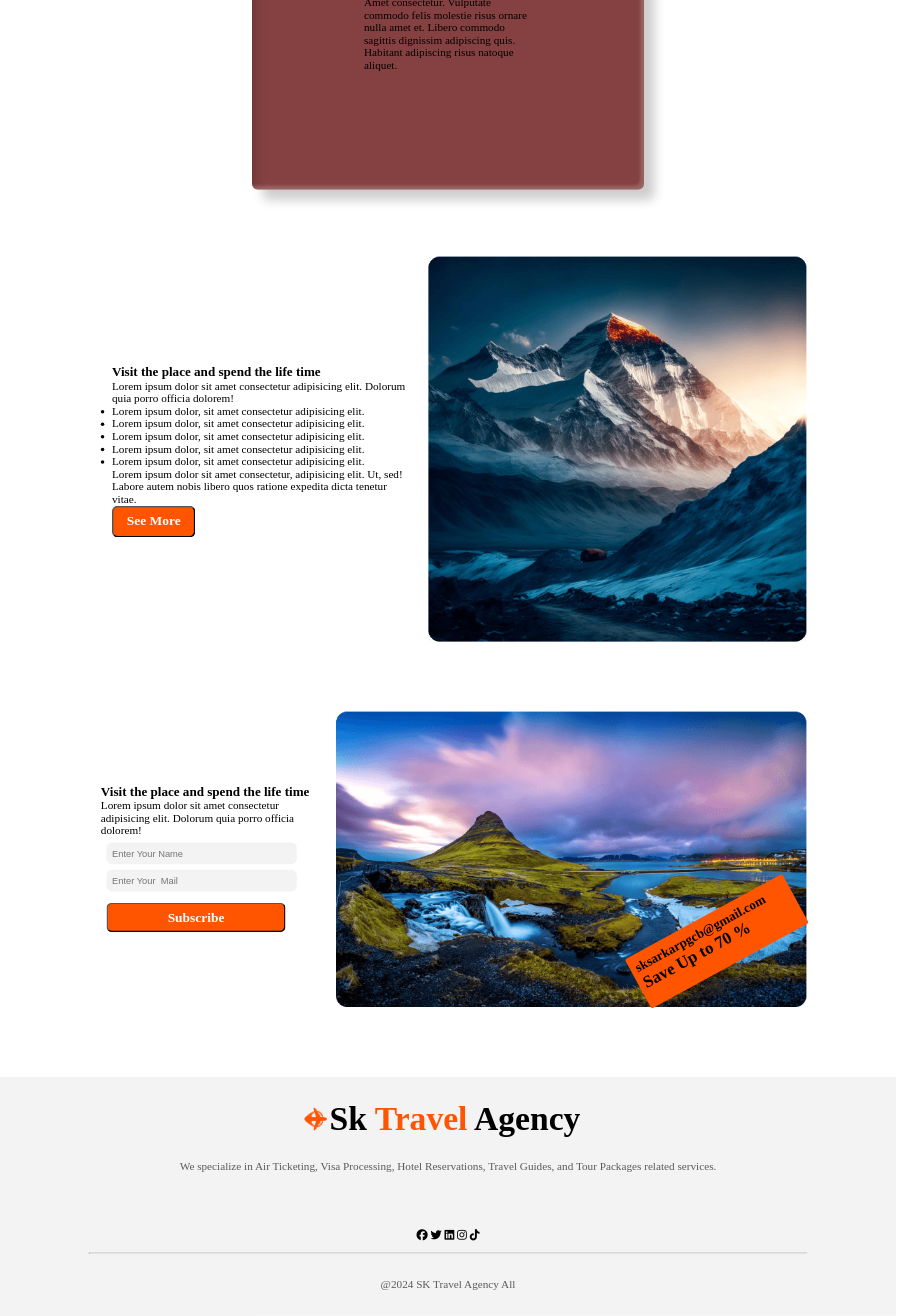
Repository: sumonkumarsarkar/Sk-Travel-Agency-
Page: index.html
An editor plug-in stored every save of this project. The page is shown before and after the next save, followed by the edit.
The browser window is 1280 px wide. The page is 1312 px wide, so the pictures cover 1312 px, including what lies to the right of the window. The pictures show the part of the page from y = 3281 to 5161 px (the page is 5161 px tall), at 70% of full size.

Above is the page before, as saved 2024-01-17 16:12:34.

### index.html
<!DOCTYPE html>
<html lang="en">
<head>
    <meta charset="UTF-8">
    <meta name="viewport" content="width=device-width, initial-scale=1.0">
    <title>Sk-Travel-Agency</title>
    <link rel="stylesheet" href="./style.css">

    <link rel="stylesheet" href="https://cdnjs.cloudflare.com/ajax/libs/font-awesome/6.5.1/css/all.min.css" integrity="sha512-DTOQO9RWCH3ppGqcWaEA1BIZOC6xxalwEsw9c2QQeAIftl+Vegovlnee1c9QX4TctnWMn13TZye+giMm8e2LwA==" crossorigin="anonymous" referrerpolicy="no-referrer" />
</head>
<body>
    <header>
         <div class="container">
            <nav>
                <div class="icon-header">
                    <p> <span><img src="./Images/Group 40071 (2).png" alt=""></span>Sk-Travel-Agency</p>
                </div>
                <div class="menu-header">
                    <ul>
                        <li><a href="#">Home</a></li>
                        <li><a href="#">About</a></li>
                        <li><a href="#">Package</a></li>
                        <li><a href="#">Blog</a></li>
                        <li><a href="#">Contact</a></li>
                    </ul>
                </div>
            </nav>
         </div>


<div class="container">
    <div class="banner-section">
        <h2>Our Service</h2>
        <p>Lorem ipsum dolor sit amet consectetur adipisicing elit. Placeat in, ex esse distinctio veritatis error?</p>
        <div class="banner-button">
         <h3>where </h3>
         <h3>when<span><i class="fa-solid fa-chevron-down"></i></span></h3>
         <h3>when<span><i class="fa-solid fa-chevron-down"></i></span></h3>

        <button type="button"> <span><i class="fa-solid fa-magnifying-glass"></i></span>Find Now</button>
        </div>
       </div>

</div>


<div class="container">
    <div class="container-item">
        <div class="text-item">
         <h3>Our Popular Place</h3>
         <p>Lorem ipsum dolor sit amet consectetur adipisicing elit. Dolorum quia porro officia dolorem!</p>
         <ul>
            <li><p>Lorem ipsum dolor, sit amet consectetur adipisicing elit.</p></li>
            <li><p>Lorem ipsum dolor, sit amet consectetur adipisicing elit.</p></li>
            <li><p>Lorem ipsum dolor, sit amet consectetur adipisicing elit.</p></li>
            <li><p>Lorem ipsum dolor, sit amet consectetur adipisicing elit.</p></li>
            <li><p>Lorem ipsum dolor, sit amet consectetur adipisicing elit.</p></li>
         </ul>
         <p>Lorem ipsum dolor sit amet consectetur, adipisicing elit. Ut, sed! Labore autem nobis libero quos ratione expedita dicta tenetur vitae.</p>
         <button type="button">See More</button>
        </div>
        <div class="container-img-item">
            <img src="./Images/Rectangle 4.png" alt="">
        </div>
    </div>
</div>

    </header>


    <main>


        <!-- Choose Your place start   -->


<div class="container">
     <div class="container-text">
        <h2>Choose Your Place</h2>
        <p>Lorem ipsum dolor sit, amet consectetur adipisicing elit. Molestias est ipsum fugiat nemo, quis impedit molestiae quibusdam similique consequatur ex.</p>
     </div>
     <div class="container-image">

        <div class="img-row">
            <div class="image">
                <img src="./Images/Rectangle 5.png" alt="">
                <h3>Maldives</h3>
             </div>
             <div class="image">
                <img src="./Images/Rectangle 5.png" alt="">
                <h3>Indonesia</h3>
             </div>
        </div>

        <div class="img-row">
            <div class="image">
                <img src="./Images/Rectangle 6.png" alt="">
                <h3>Srilanka</h3>
             </div>
             <div class="image">
                <img src="./Images/Rectangle 7.png" alt="">
                <h3>North America</h3>
             </div>
             <div class="image">
                <img src="./Images/Rectangle 9.png" alt="">
                <h3>Kashmi</h3>
             </div>
        </div>

        <div class="img-row">
            <div class="image">
                <img src="./Images/Rectangle 11.png" alt="">
                <h3>Bangladesh</h3>
             </div>
             <div class="image">
                <img src="./Images/Rectangle 10.png" alt="">
                <h3>Bandarban</h3>
             </div>
        </div>
     </div>
</div>

        <!-- Choose Your place end
           -->


   <!-- card start   -->



   <div class="container">
    <div class="container-text">
       <h2>Why Choose Us</h2>
       <p>Dolor sit amet consectetur. Diam volutpat neque habitasse pharetra odio sit massa. Sodales dictumst nec nibh pellentesque.</p>
    </div>

        <div class="container-card">
            <div class="card">
                <span><i class="fa-solid fa-hotel"></i></span>
                <h3>Handpicked Hotels</h3>
                <p>Amet consectetur. Vulputate commodo felis molestie risus  ornare nulla amet et. Libero commodo sagittis dignissim adipiscing quis. Habitant adipiscing risus natoque aliquet. </p>
            </div>
            <div class="card">
                <span><i class="fa-solid fa-location-dot"></i></span>
                <h3>World Class Service</h3>
                <p>Amet consectetur. Vulputate commodo felis molestie risus  ornare nulla amet et. Libero commodo sagittis dignissim adipiscing quis. Habitant adipiscing risus natoque aliquet.  </p>
            </div>
        </div>


        <div class="container">
             <div class="container-card-item">

                    <h3><i class="fa-solid fa-tag"></i></h3>
                    <h3>World Class Service</h3>
                    <p>Amet consectetur. Vulputate commodo felis molestie risus  ornare nulla amet et. Libero commodo sagittis dignissim adipiscing quis. Habitant adipiscing risus natoque aliquet. </p>

             </div>
        </div>




</div>





   <!-- card start   -->





        <!-- place part start  -->

<div class="container">
    <div class="container-item">
        <div class="text-item">
         <h3>Visit the place and spend the life time</h3>
         <p>Lorem ipsum dolor sit amet consectetur adipisicing elit. Dolorum quia porro officia dolorem!</p>
         <ul>
            <li><p>Lorem ipsum dolor, sit amet consectetur adipisicing elit.</p></li>
            <li><p>Lorem ipsum dolor, sit amet consectetur adipisicing elit.</p></li>
            <li><p>Lorem ipsum dolor, sit amet consectetur adipisicing elit.</p></li>
            <li><p>Lorem ipsum dolor, sit amet consectetur adipisicing elit.</p></li>
            <li><p>Lorem ipsum dolor, sit amet consectetur adipisicing elit.</p></li>
         </ul>
         <p>Lorem ipsum dolor sit amet consectetur, adipisicing elit. Ut, sed! Labore autem nobis libero quos ratione expedita dicta tenetur vitae.</p>
         <button type="button">See More</button>
        </div>
        <div class="container-img-item">
            <img src="./Images/Rectangle 4.png" alt="">
        </div>
    </div>
</div>


 <!-- place part end  -->


 <div class="container">
    <div class="container-item">
        <div class="text-form">
         <h3>Visit the place and spend the life time</h3>
         <p>Lorem ipsum dolor sit amet consectetur adipisicing elit. Dolorum quia porro officia dolorem!</p>

         <form>
            <input type="text" placeholder="Enter Your Name">
            <input type="text" placeholder="Enter Your  Mail">
         </form>
         <button type="button">Subscribe</button>
        </div>
        <div class="container-img-item">
            <div class="img">
                <img src="./Images/Rectangle 8 (1).png" alt="">
            </div>
            <div class="img-text">
                <h3>sksarkarpgcb@gmail.com</h3>
                <h2>Save Up to 70 %</h2>
            </div>

        </div>
    </div>
</div>



<!-- form part start  -->




<!-- form part end  -->


    </main>









        <footer>
            <div class="footer-container">

                    <div class="nornal-text">
                           <span><img class="icon-footer" src="./Images/Group 40071 (2).png" alt=""></span>
                           <h3>Sk <span class="travel">Travel</span>  Agency</h3>
                            <p>We specialize in Air Ticketing, Visa Processing, Hotel Reservations, Travel Guides, and Tour Packages related services. </p>
                    </div>

                <div class="icon-img">
                    <i class="fa-brands fa-facebook"></i>
                    <i class="fa-brands fa-twitter"></i>
                    <i class="fa-brands fa-linkedin"></i>
                    <i class="fa-brands fa-instagram"></i>
                    <i class="fa-brands fa-tiktok"></i>
                </div>

                <hr>

               <div class="last-text">
                 <p>@2024 SK Travel Agency All</p>

               </div>


         </footer>





</body>
</html>

### style.css
* {
    margin: 0;
    padding: 0;
}



/* main Choose Your place start  */

.container-text {
    text-align: center;
    padding: 4rem;
}

.img-row {
    display: flex;
    width: 100%;
    gap: .1rem;


}

.image img {
    width: 100%;

}

.image h3 {
    position: relative;
    top: -10rem;
    left: 10rem;
    color: #FFF;
}



/* card start  */
.container-card {
    display: flex;
    padding: 1rem;
    justify-content: space-around;
    align-items: center;
}


.card {
    height: 25rem;
    width: 25rem;
    background: #9e7b7b;
    border-radius: .5rem;
    padding: 2rem;
    box-shadow: -15px -15px 15px rgba(255, 255, 255, .2),
        15px 15px 15px rgba(0, 0, 0, .2),
        inset -5px -5px 5px rgba(255, 255, 255, .2),
        inset 5px 15px 15px rgba(245, 183, 183, 0.2);


}

.container-card-item {
    margin: 0 auto;
    padding: 5rem 10rem;
    background: #854141;
    height: 15rem;
    width: 15rem;
    border-radius: .5rem;
    box-shadow: -15px -15px 15px rgba(255, 255, 255, .2),
        15px 15px 15px rgba(0, 0, 0, .2),
        inset -5px -5px 5px rgba(255, 255, 255, .2),
        inset 5px 15px 15px rgba(0, 0, 0, .2);


}

/* card end  */




/* main Choose Your place end */




/* header menu bar start  */




nav {
    display: flex;
    justify-content: space-between;
    align-items: center;
    margin-bottom: 1rem;
}

.icon-header {
    align-items: center;
    padding: 20px;
}

.icon-header img {
    width: 1rem;
    height: 1rem;
}

.menu-header ul {
    list-style: none;

}

.menu-header ul li {
    display: inline-block;
    padding: 10px 10px;

}

.menu-header ul li a {
    text-decoration: none;
}

.banner-section {
    background-image: url("./Images/Group 13 (1) (1).png");
}




.banner-section {
    text-align: center;
    padding: 15rem;


}

.banner-button h3 {
    display: inline-block;
    padding: 1rem .5rem;
    color: #FFF;
    margin: 0 1rem;
}

/* header menu bar end  */


/* main place part start  */
.container-item {
    display:flex;
    justify-content: space-around;
    align-items: center;
    margin:6rem auto;
    background: #FFF;
}

.container-item .text-item {
    padding:2rem;
}
.container-img-item{
    position: relative;
}
.container-img-item .img-text{
    border-radius:.2rem;
   background: #FF5400;
   width:15rem;
    height: 4rem;
    padding: .5rem;
transform: rotate(-28.628deg);
flex-shrink: 0;
position: absolute;
top: 18rem;
right: 0;
}

button {
    color: #FFF;
    text-align: center;
    font-family: Mulish;
    font-size: 1.2rem;
    font-style: normal;
    font-weight: 800;
    padding: .6rem 1.2rem;
    border-radius: .5rem;
    background: #FF5400;
    margin:0 auto;

}



/* form part start  */

.text-form form input {
    display: block;
    padding: .5rem;
    width: 80%;
    margin: .5rem;
    border: none;
    border-radius: .5rem;
    background: rgba(19, 19, 24, 0.05);



}

.text-form {

    padding: .5rem;
    width: 80%;
    margin: .5rem;
}

.text-form button {

    padding: .5rem;
    width: 80%;
    margin: .5rem;
}

/* form part end  */




/* main place part end */



/* footer section start  */
.footer-container {
    background: rgba(19, 19, 24, 0.05);
    margin: 0 auto;

}

.nornal-text {
    text-align: center;
    padding: 2rem 2rem;
}

span .icon-footer{
    height:2rem;
    width: 2rem;

}


.footer-container .nornal-text p {
    text-align: center;
    padding: 2rem 2rem;
    color: #5A5A5D;
    font-family: Mulish;

    font-weight: 400;



}

.footer-container .nornal-text h3 {

    display: inline-block;
    font-size: 3rem;
    margin-right: 1rem;


}

.footer-container .icon-img {
    text-align:center;
    padding: 1rem 2rem;
    align-content:center;



}

.footer-container .last-text {

    text-align: center;
    padding: 2rem 2rem;
    color: #5A5A5D;
    font-family: Mulish;
    font-weight: 400;
    line-height: 1.5rem;

}

.container,
hr {
    width: 80%;
    margin: 0 auto;


}

.travel {
    color: #FF5400;
}




/* footer section end  */



/* For mobile device  */



@media screen and (max-width:600px) {

    .footer-container .nornal-text p {
        padding: 1rem;
    }


    .footer-container .last-text {
        padding: 1rem 1rem;

    }

    .footer-container .nornal-text h3 {
        display: inline-block;
        font-size: 1rem;

    }

    span .icon-footer{
        height:1rem;
        width: 1rem;

    }
}

After the next save:
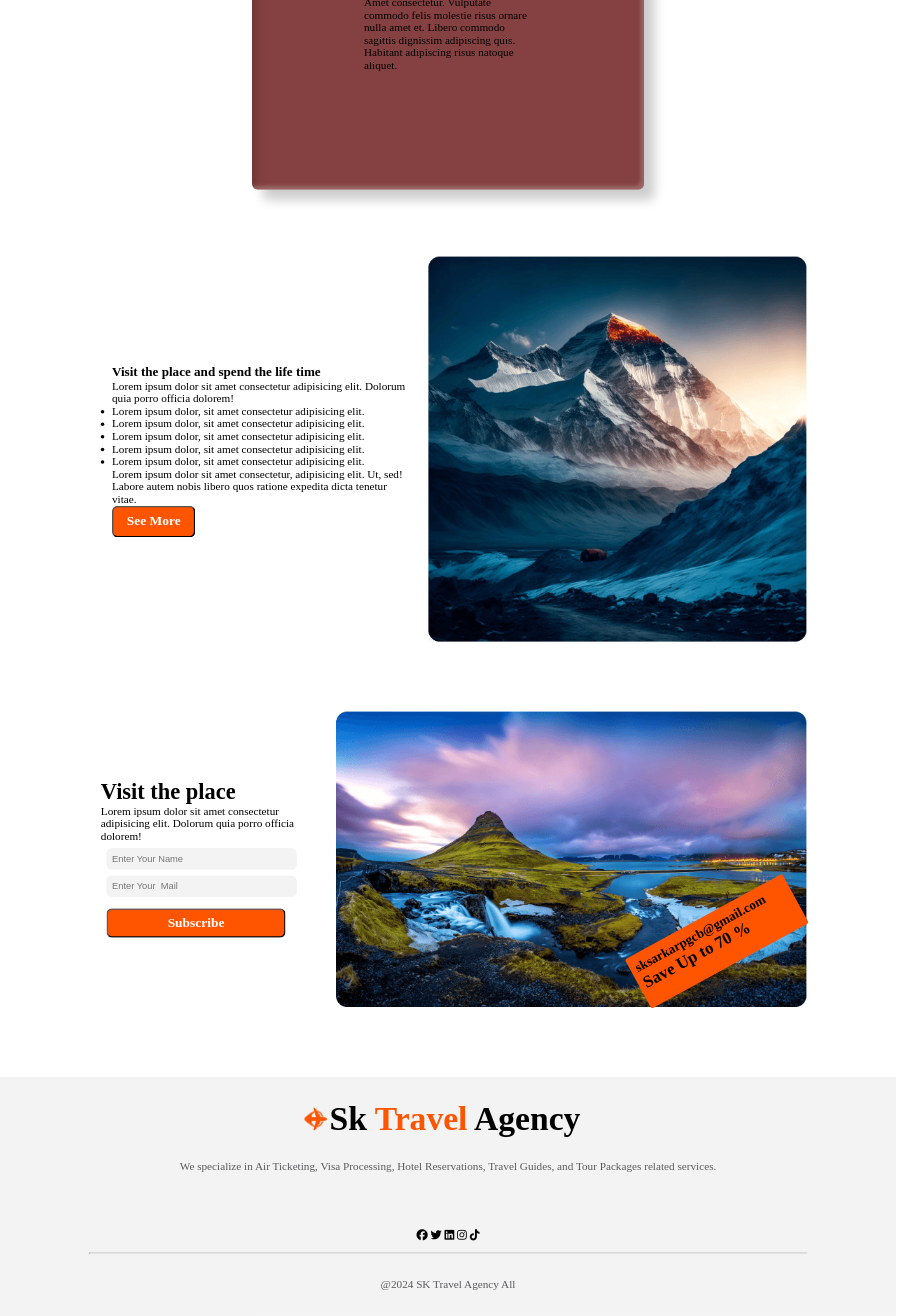
Saved 96 s later.
--- a/index.html
+++ b/index.html
@@ -203,7 +203,7 @@
  <div class="container">
     <div class="container-item">
         <div class="text-form">
-         <h3>Visit the place and spend the life time</h3>
+         <h1>Visit the place</h1>
          <p>Lorem ipsum dolor sit amet consectetur adipisicing elit. Dolorum quia porro officia dolorem!</p>
 
          <form>
